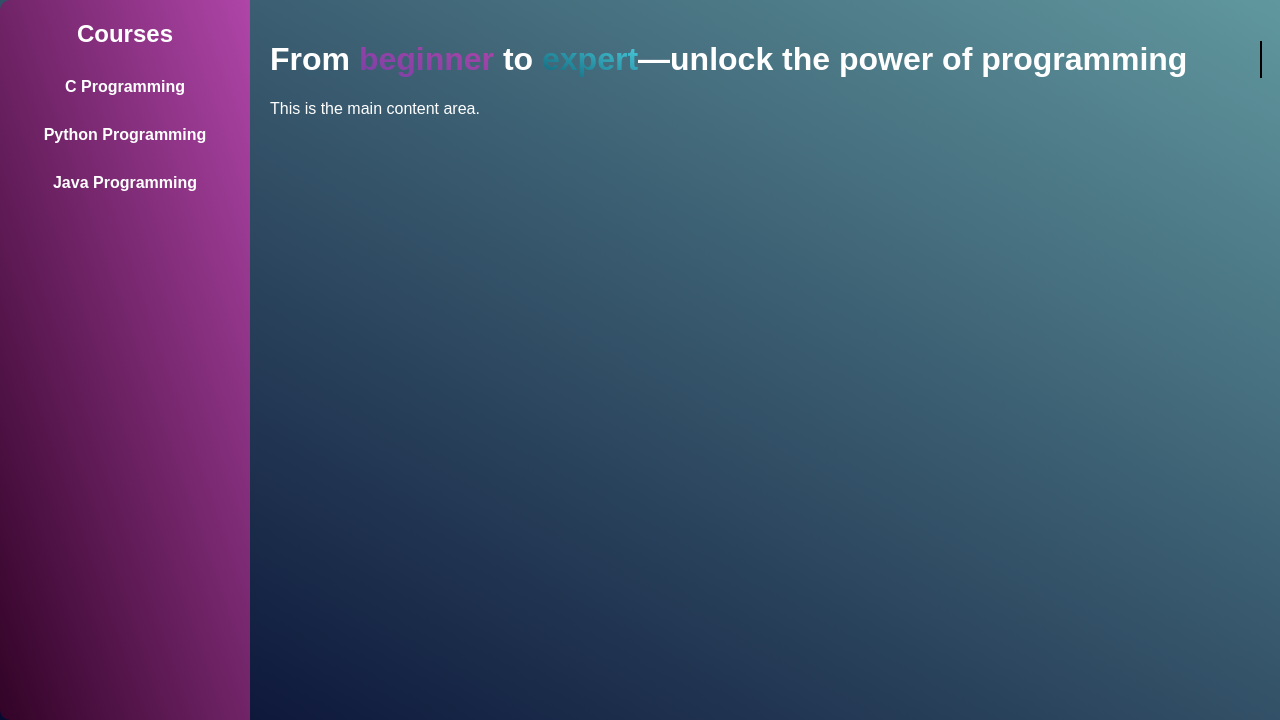
Repository: RishitSharma88/SeaGro
Page: templates/learningcourses.html
The author's editor kept a copy of each file at every save. The page is drawn from the files as they stood at one save, then again after the next save.
The browser window is 1280 px wide. The pictures show the whole page.
The template is drawn by Flask 3. The application's start-up code is not run. The template is opened directly, without the code that normally fills it, so the values that code supplies are empty.

Above is the page before, as saved 2024-12-28 14:21:37.

After the next save:
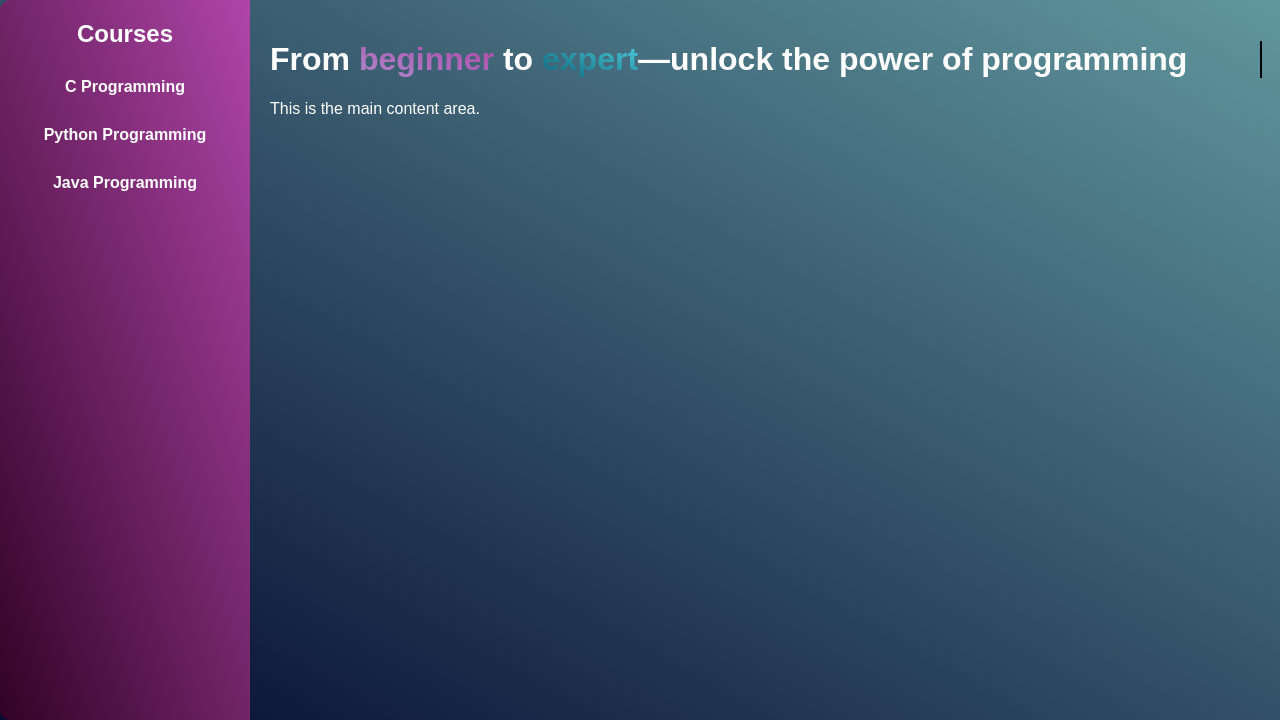
Saved 97 s later.
--- a/templates/learningcourses.html
+++ b/templates/learningcourses.html
@@ -87,7 +87,7 @@
             }
         }
         .highlight {
-            background: linear-gradient(to bottom left, #af45a8, #7a41a6); /* Gradient */
+            background: linear-gradient(to bottom left, #af45a8, #ae89ca); /* Gradient */
             -webkit-background-clip: text;  /* Clip background to text */
             -webkit-text-fill-color: transparent;  /* Make the non-highlight part transparent */
         }
